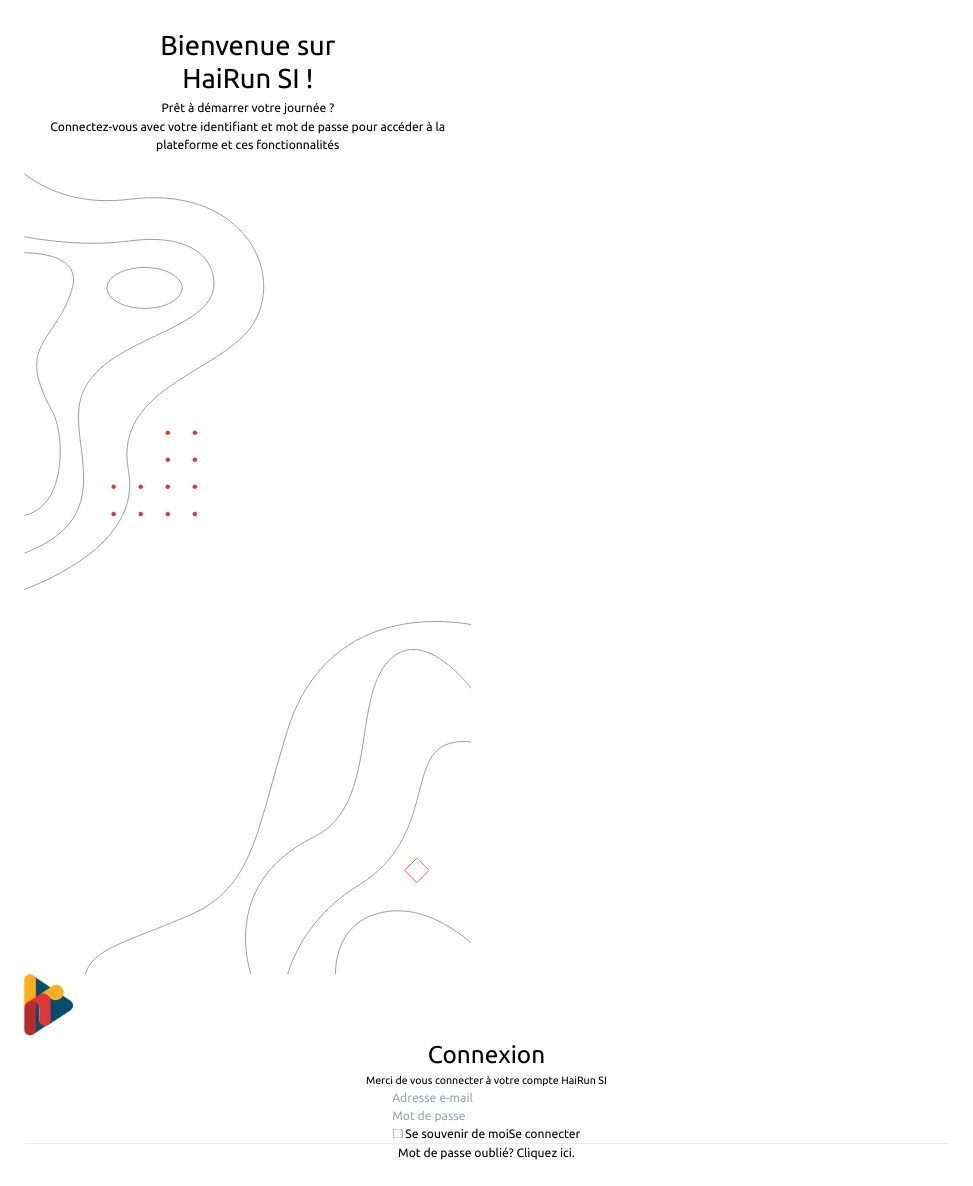
Repository: houlderHR/hairunsi-react-js-app
Page: /login
An editor plug-in stored every save of this project. The page is shown before and after the next save, followed by the edit.
The browser window is 1280 px wide. The pictures show the whole page, at 76% of full size.
The project was rebuilt for these pictures with package versions that can differ from the ones it lists, and the page was loaded fresh each time. Also part of the build but not shown: vite.config.ts, src/pages/Home/Home.scss, src/pages/Home/Home.tsx.

Above is the page before, as saved 2024-03-20 13:47:59.

### index.html
<!doctype html>
<html lang="en">
  <head>
    <meta charset="UTF-8" />
    <link rel="icon" type="image/svg+xml" href="/vite.svg" />
    <link rel="stylesheet" href="https://fonts.googleapis.com/css2?family=Ubuntu:wght@300;400;500;700&display=swap">
    <meta name="viewport" content="width=device-width, initial-scale=1.0" />
    <title>HairunSI</title>
  </head>
  <body>
    <div id="root"></div>
    <script type="module" src="/src/main.tsx"></script>
  </body>
</html>

### src/App.tsx
import { BrowserRouter, Routes, Route } from 'react-router-dom';
import './App.scss';
import  Home from './pages/Home/Home';
import Login from './pages/Login/Login';

function App() {
  return (
     <BrowserRouter>
        <Routes>
          <Route path="/" element={<Home />} />
          <Route path="/login" element={<Login />} />
        </Routes>
      </BrowserRouter>
  )
}

export default App

### src/index.scss
@import 'tailwindcss/base';
@import 'tailwindcss/components';
@import 'tailwindcss/utilities';

* {
  font-family: 'ubuntu', sans-serif;
}

### src/pages/Login/Login.tsx
import React from 'react';
import bgLogin from '../../assets/images/bg-login.svg';
import logo from '../../assets/images/logo1.png';
import './Login.scss';

const Login = () => {
  return (
    <div className='flex h-screen'>
      <div className='relative h-screen left_grid bg-red-300'>
        <div className="absolute z-20 text-white px-24 description_welcome">
          <h2 className='welcome_login p-0 m-0' >Bienvenue sur</h2>
          <span className='welcome_login font-bold'>HaiRun SI !</span>
          <p className='mt-2 desc_login'>Prêt à démarrer votre journée ?<br /> Connectez-vous avec votre identifiant et mot de passe pour accéder à la plateforme et ces fonctionnalités</p>
        </div>
        <img src={bgLogin} alt="" className="bg-primary absolute z-10 object-fill inset-0 h-full w-full" />
      </div>
      <div className='w-full h-full flex justify-center'>
        <div className='w-1/3 text-center flex flex-col justify-center flex-items-center'>
          <div className='flex justify-center'>
            <img src={logo} alt="" />
          </div>
          <h2 className='mt-20' style={{fontSize:"32px"}}>Connexion</h2>
          <h3 style={{fontSize:"14px"}}>Merci de vous connecter à votre compte HaiRun SI</h3>
          <div className='mt-10 mb-8'>
            <input type="text" className="border mb-3 px-3 py-3 w-full rounded-md" name="" placeholder="Adresse e-mail" id="" /><br />
            <input type="text" name="" className="border mb-2 px-3 py-3 w-full rounded-md" placeholder="Mot de passe" id="" />
          </div>
          <input type="checkbox" name="" id="remember" /> <label htmlFor="remember">Se souvenir de moi</label>

          <button className="mt-2 px-2 py-2 border">Se connecter</button>
          <hr />
          <span>Mot de passe oublié? Cliquez ici.</span>
        </div>
      </div>
    </div>
  )
}

export default Login;

### src/pages/Login/Login.scss
.welcome_login {
  font-size: 36px;
  margin-bottom: -10px !important;
}

.desc_login {
  font-size: 16px;
}

.left_grid {
  width: 588px;
}

.description_welcome {
  bottom: 200px;
}

Loaded but not shown: src/main.tsx (common file); src/App.scss (common file); tailwind.config.js (common file)

After the next save:
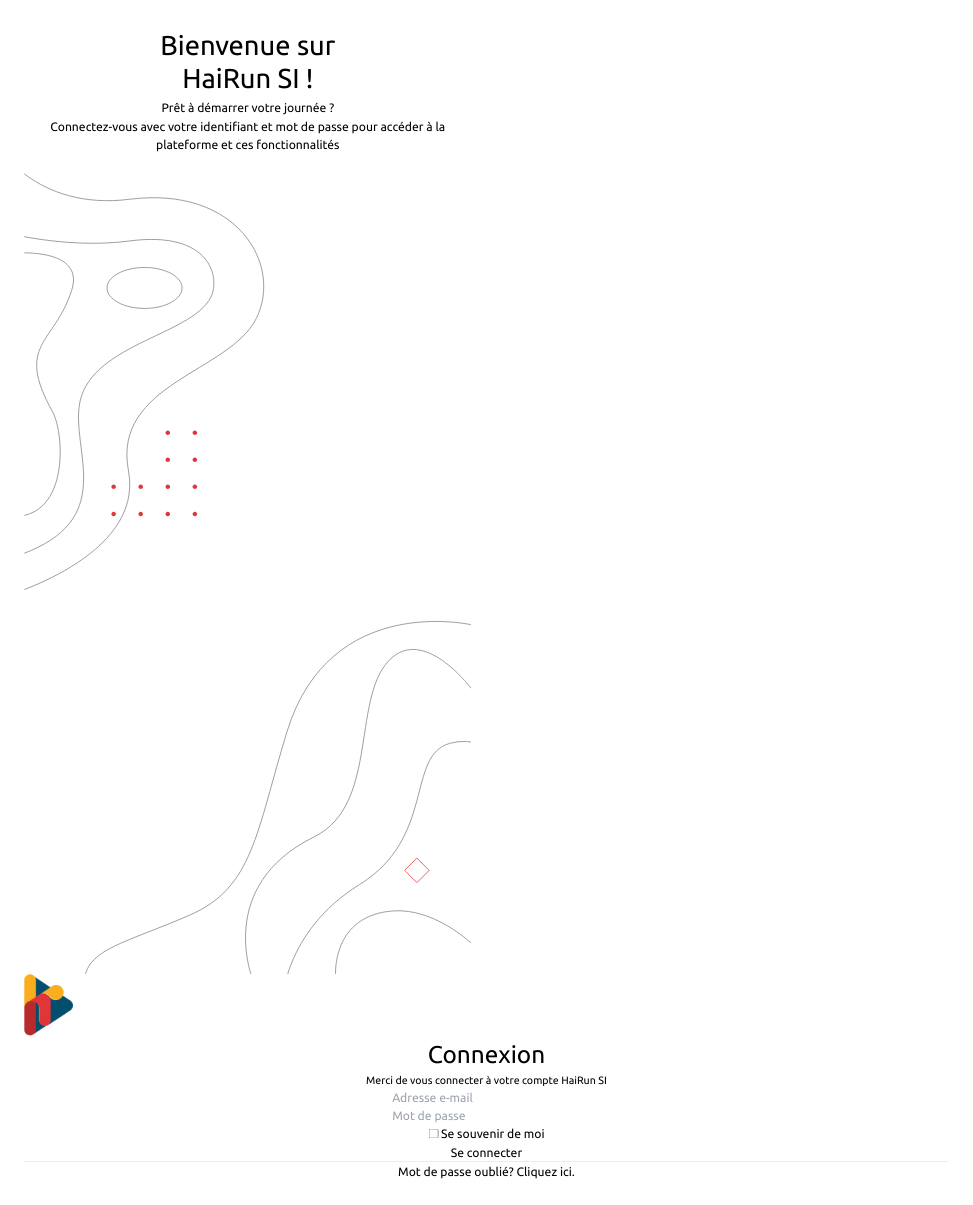
Saved 17 s later.
--- a/src/pages/Login/Login.tsx
+++ b/src/pages/Login/Login.tsx
@@ -25,8 +25,9 @@
             <input type="text" className="border mb-3 px-3 py-3 w-full rounded-md" name="" placeholder="Adresse e-mail" id="" /><br />
             <input type="text" name="" className="border mb-2 px-3 py-3 w-full rounded-md" placeholder="Mot de passe" id="" />
           </div>
-          <input type="checkbox" name="" id="remember" /> <label htmlFor="remember">Se souvenir de moi</label>
-
+          <div>
+            <input type="checkbox" name="" id="remember" /> <label htmlFor="remember">Se souvenir de moi</label>
+          </div>
           <button className="mt-2 px-2 py-2 border">Se connecter</button>
           <hr />
           <span>Mot de passe oublié? Cliquez ici.</span>
